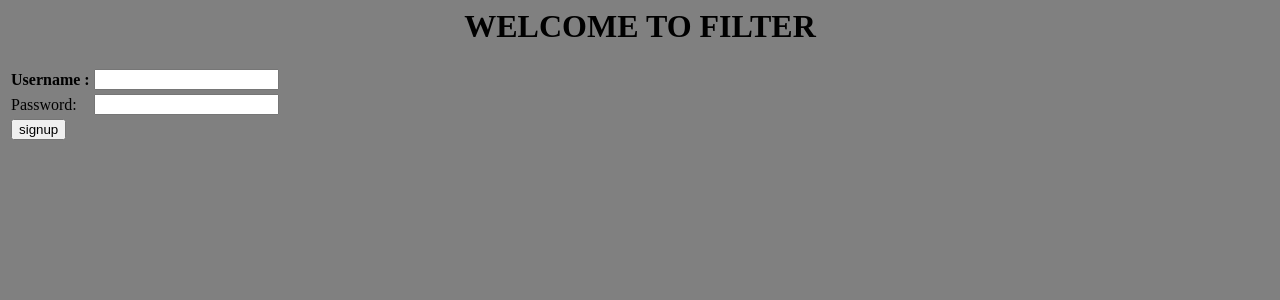
Repository: talkgunish/JAVA-WORLD
Page: advance_java/my_eclipse_java_proj/cookie_session/Filter/WebContent/signup.html
The author's editor kept a copy of each file at every save. The page is drawn from the files as they stood at one save, then again after the next save.
The browser window is 1280 px wide. The pictures show the whole page.

Above is the page before, as saved 2018-06-20 11:51:04.

After the next save:
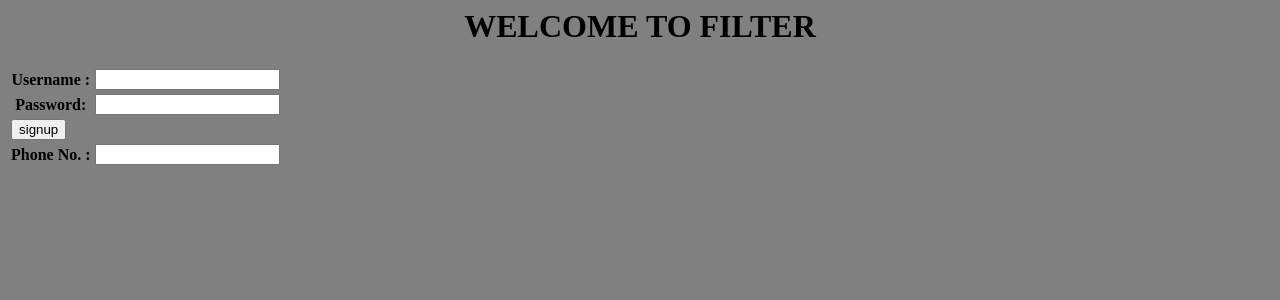
Saved 5 min 15 s later.
--- a/advance_java/my_eclipse_java_proj/cookie_session/Filter/WebContent/signup.html
+++ b/advance_java/my_eclipse_java_proj/cookie_session/Filter/WebContent/signup.html
@@ -11,9 +11,11 @@
 <table>
 <tr><th>Username :</th>
 <td> <input type="text" name="username"></td></tr>
-<tr><td>Password: </td>
+<tr><th>Password: </th>
 <td><input type="password" name='password'></td></tr>
 <tr><td><input type="submit" value="signup"></td></tr>
+<tr><th>Phone No. : </th>
+<td><input type="text" name="phone"></td></tr>
 </table>
 </form>
 </body>
